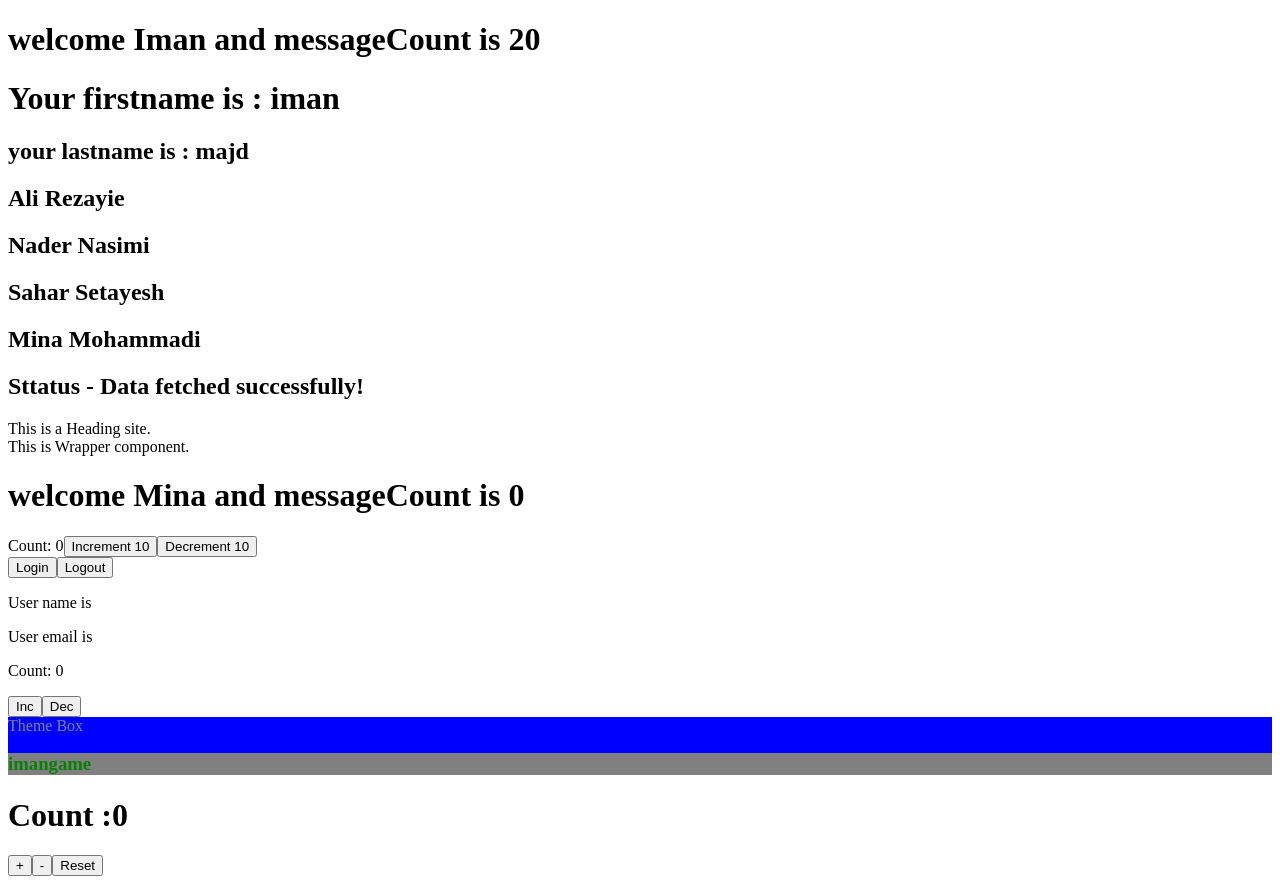
Repository: imangame2125/Typescript-learn-course
Page: /
An editor plug-in stored every save of this project. The page is shown before and after the next save, followed by the edit.
The browser window is 1280 px wide. The pictures show the whole page.
The project was rebuilt for these pictures with package versions that can differ from the ones it lists, and the page was loaded fresh each time.

Above is the page before, as saved 2023-10-01 12:43:55.

After the next save:
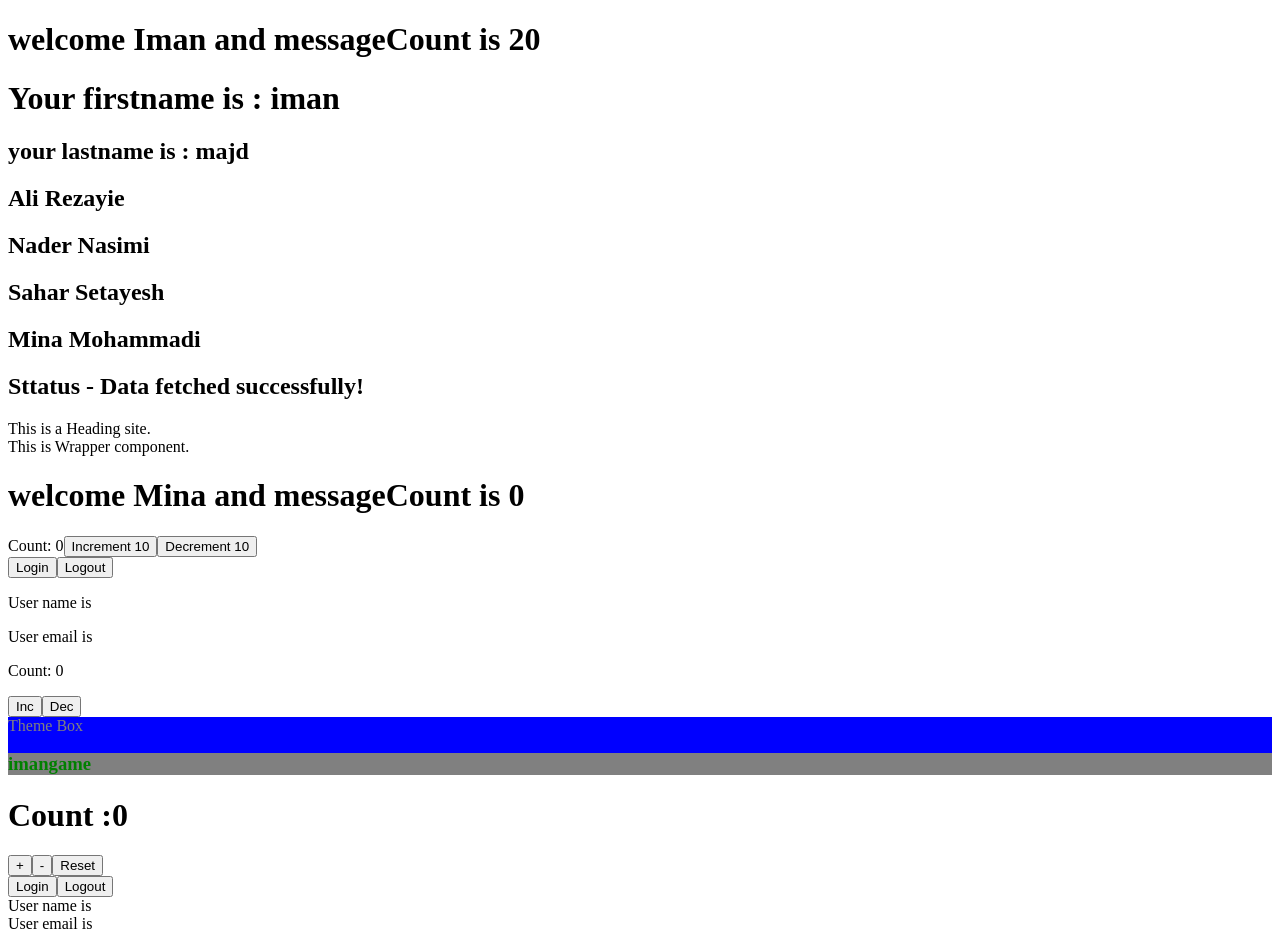
Saved 5 min 5 s later.
--- a/src/App.tsx
+++ b/src/App.tsx
@@ -11,6 +11,8 @@ import UseReducerTypescript from "./components/pages/UseResuerTypescript";
 import CounterUseReducer from "./components/pages/CounterUseReducer";
 import { ThemeContextProvider } from "./components/context/ThemeContext";
 import Box from "./components/pages/Box";
+import { UserContextProvider } from "./components/context/UserContext";
+import UserPerson from "./components/context/UserPerson";
 
 function App() {
   const personName = {
@@ -65,6 +67,10 @@ function App() {
       </ThemeContextProvider>
 
       <CounterUseReducer/>
+
+      <UserContextProvider>
+        <UserPerson/>
+      </UserContextProvider>
     </div>
   );
 }
